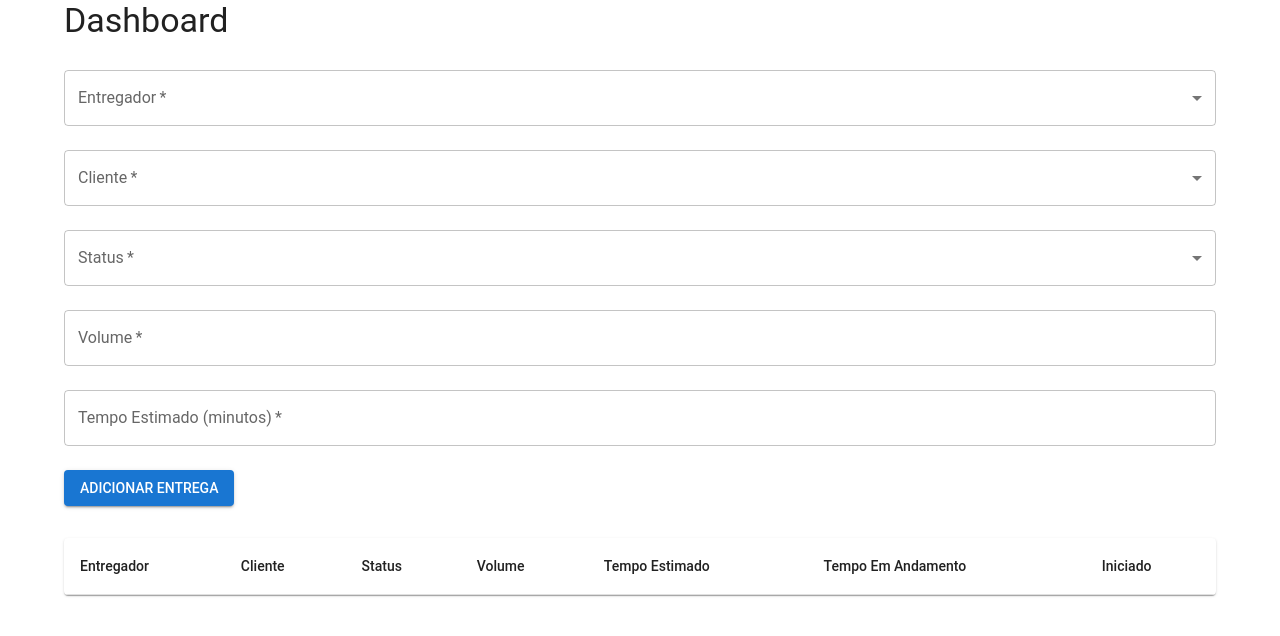
Repository: feliperanon/mobilegestao
Page: /dashboard (app in frontend/)
An editor plug-in stored every save of this project. The page is shown before and after the next save, followed by the edit.
The browser window is 1280 px wide. The pictures show the whole page.
The page's requests for data from a server got no answer. The project was rebuilt for these pictures with package versions that can differ from the ones it lists, and the page was loaded fresh each time. No one was signed in, and anything a server would have sent is missing. Also part of the build but not shown: frontend/webpack.config.js, frontend/src/pages/Home.js, frontend/src/components/Navigation.js, frontend/src/pages/History.js, frontend/src/pages/Analysis.js, frontend/src/components/Login.js, frontend/src/components/Register.js, frontend/src/components/AddEntregador.js and 2 more.

Above is the page before, as saved 2024-07-14 20:44:10.

### frontend/public/index.html
<!-- frontend/public/index.html -->

<!DOCTYPE html>
<html lang="en">
<head>
    <meta charset="UTF-8">
    <meta name="viewport" content="width=device-width, initial-scale=1.0">
    <title>Mobile Gestão</title>
</head>
<body>
    <div id="root"></div>
</body>
</html>

### frontend/src/index.js
// frontend/src/index.js

import React from 'react';
import ReactDOM from 'react-dom';
import { BrowserRouter as Router, Route, Switch } from 'react-router-dom';
import { ThemeProvider, createTheme } from '@mui/material/styles';
import CssBaseline from '@mui/material/CssBaseline';
import Home from './pages/Home';
import History from './pages/History';
import Analysis from './pages/Analysis';
import Dashboard from './components/Dashboard';
import Login from './components/Login';
import Register from './components/Register';
import AddEntregador from './components/AddEntregador';
import AddCliente from './components/AddCliente';
import AddStatus from './components/AddStatus';

const theme = createTheme({
  palette: {
    primary: {
      main: '#1976d2',
    },
    secondary: {
      main: '#dc004e',
    },
  },
  typography: {
    fontFamily: 'Roboto, Arial, sans-serif',
  },
});

ReactDOM.render(
  <ThemeProvider theme={theme}>
    <CssBaseline />
    <Router>
      <Switch>
        <Route path="/" exact component={Home} />
        <Route path="/login" component={Login} />
        <Route path="/register" component={Register} />
        <Route path="/dashboard" component={Dashboard} />
        <Route path="/history" component={History} />
        <Route path="/analysis" component={Analysis} />
        <Route path="/add-entregador" component={AddEntregador} />
        <Route path="/add-cliente" component={AddCliente} />
        <Route path="/add-status" component={AddStatus} />
      </Switch>
    </Router>
  </ThemeProvider>,
  document.getElementById('root')
);

### frontend/src/components/Dashboard.js
// frontend/src/components/Dashboard.js

import React, { useEffect, useState } from 'react';
import axios from 'axios';
import {
  Container,
  Typography,
  Box,
  TextField,
  Button,
  Table,
  TableBody,
  TableCell,
  TableContainer,
  TableHead,
  TableRow,
  Paper,
  MenuItem,
} from '@mui/material';

const Dashboard = () => {
  const [deliveries, setDeliveries] = useState([]);
  const [entregadores, setEntregadores] = useState([]);
  const [clientes, setClientes] = useState([]);
  const [statusList, setStatusList] = useState([]);
  const [entregador, setEntregador] = useState('');
  const [cliente, setCliente] = useState('');
  const [status, setStatus] = useState('');
  const [volume, setVolume] = useState('');
  const [tempoEstimado, setTempoEstimado] = useState('');

  useEffect(() => {
    const fetchData = async () => {
      const deliveriesRes = await axios.get('http://localhost:5008/api/deliveries');
      setDeliveries(deliveriesRes.data);

      const entregadoresRes = await axios.get('http://localhost:5008/api/lists/entregadores');
      setEntregadores(entregadoresRes.data);

      const clientesRes = await axios.get('http://localhost:5008/api/lists/clientes');
      setClientes(clientesRes.data);

      const statusRes = await axios.get('http://localhost:5008/api/lists/status');
      setStatusList(statusRes.data);
    };

    fetchData();

    const intervalId = setInterval(() => {
      setDeliveries((prevDeliveries) =>
        prevDeliveries.map((delivery) => {
          const tempoEmAndamento = Math.floor((Date.now() - new Date(delivery.iniciado)) / 60000);
          return { ...delivery, tempoEmAndamento };
        })
      );
    }, 60000);

    return () => clearInterval(intervalId);
  }, []);

  const handleSubmit = async (e) => {
    e.preventDefault();
    try {
      const res = await axios.post('http://localhost:5008/api/deliveries', {
        entregador,
        cliente,
        status,
        volume,
        tempoEstimado,
      });
      setDeliveries([res.data, ...deliveries]);
      setEntregador('');
      setCliente('');
      setStatus('');
      setVolume('');
      setTempoEstimado('');
    } catch (err) {
      console.error(err);
    }
  };

  return (
    <Container>
      <Typography variant="h4" component="h1" gutterBottom>
        Dashboard
      </Typography>
      <Box component="form" onSubmit={handleSubmit} sx={{ mb: 4 }}>
        <TextField
          select
          label="Entregador"
          value={entregador}
          onChange={(e) => setEntregador(e.target.value)}
          fullWidth
          required
          margin="normal"
        >
          {entregadores.map((ent) => (
            <MenuItem key={ent._id} value={ent.nome}>
              {ent.nome}
            </MenuItem>
          ))}
        </TextField>
        <TextField
          select
          label="Cliente"
          value={cliente}
          onChange={(e) => setCliente(e.target.value)}
          fullWidth
          required
          margin="normal"
        >
          {clientes.map((cli) => (
            <MenuItem key={cli._id} value={cli.nome}>
              {cli.nome}
            </MenuItem>
          ))}
        </TextField>
        <TextField
          select
          label="Status"
          value={status}
          onChange={(e) => setStatus(e.target.value)}
          fullWidth
          required
          margin="normal"
        >
          {statusList.map((stat) => (
            <MenuItem key={stat._id} value={stat.nome}>
              {stat.nome}
            </MenuItem>
          ))}
        </TextField>
        <TextField
          label="Volume"
          type="number"
          value={volume}
          onChange={(e) => setVolume(e.target.value)}
          fullWidth
          required
          margin="normal"
        />
        <TextField
          label="Tempo Estimado (minutos)"
          type="number"
          value={tempoEstimado}
          onChange={(e) => setTempoEstimado(e.target.value)}
          fullWidth
          required
          margin="normal"
        />
        <Button type="submit" variant="contained" color="primary" sx={{ mt: 2 }}>
          Adicionar Entrega
        </Button>
      </Box>
      <TableContainer component={Paper}>
        <Table>
          <TableHead>
            <TableRow>
              <TableCell>Entregador</TableCell>
              <TableCell>Cliente</TableCell>
              <TableCell>Status</TableCell>
              <TableCell>Volume</TableCell>
              <TableCell>Tempo Estimado</TableCell>
              <TableCell>Tempo Em Andamento</TableCell>
              <TableCell>Iniciado</TableCell>
            </TableRow>
          </TableHead>
          <TableBody>
            {deliveries.map((delivery) => (
              <TableRow key={delivery._id}>
                <TableCell>{delivery.entregador}</TableCell>
                <TableCell>{delivery.cliente}</TableCell>
                <TableCell>{delivery.status}</TableCell>
                <TableCell>{delivery.volume}</TableCell>
                <TableCell>{delivery.tempoEstimado}</TableCell>
                <TableCell>{delivery.tempoEmAndamento}</TableCell>
                <TableCell>{new Date(delivery.iniciado).toLocaleString()}</TableCell>
              </TableRow>
            ))}
          </TableBody>
        </Table>
      </TableContainer>
    </Container>
  );
};

export default Dashboard;

After the next save:
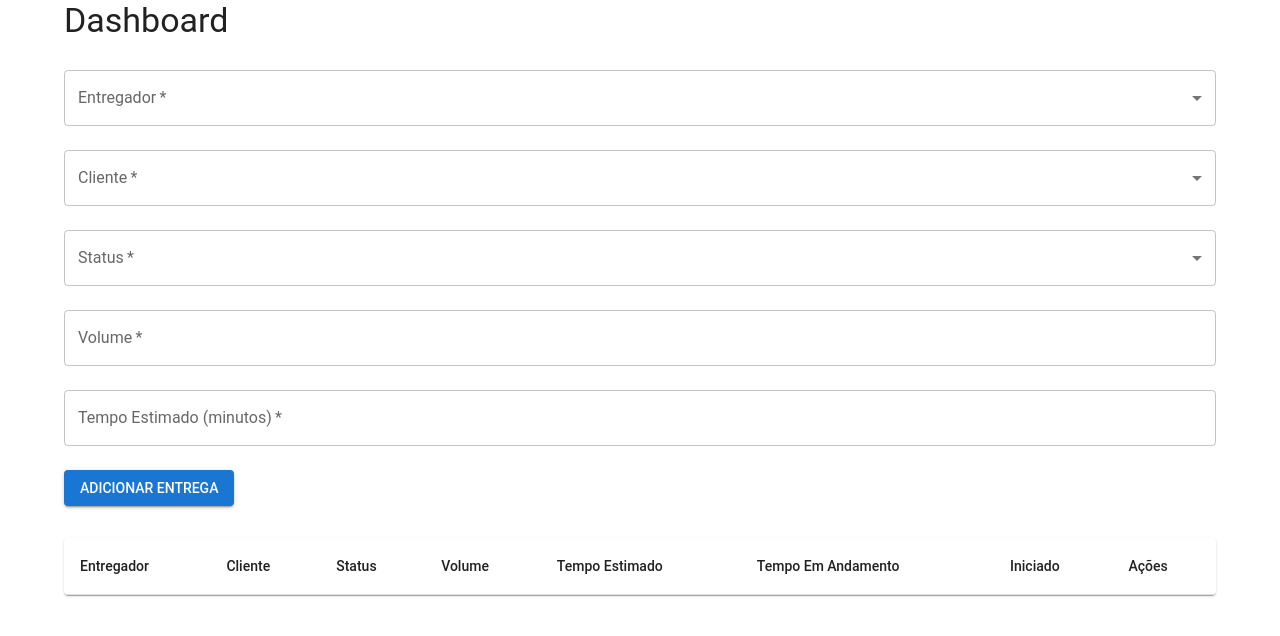
Saved 6 min 46 s later.
--- a/frontend/src/components/Dashboard.js
+++ b/frontend/src/components/Dashboard.js
@@ -1,5 +1,3 @@
-// frontend/src/components/Dashboard.js
-
 import React, { useEffect, useState } from 'react';
 import axios from 'axios';
 import {
@@ -16,7 +14,16 @@ import {
   TableRow,
   Paper,
   MenuItem,
+  IconButton,
+  Dialog,
+  DialogActions,
+  DialogContent,
+  DialogContentText,
+  DialogTitle
 } from '@mui/material';
+import EditIcon from '@mui/icons-material/Edit';
+import DeleteIcon from '@mui/icons-material/Delete';
+import DoneIcon from '@mui/icons-material/Done';
 
 const Dashboard = () => {
   const [deliveries, setDeliveries] = useState([]);
@@ -28,6 +35,9 @@ const Dashboard = () => {
   const [status, setStatus] = useState('');
   const [volume, setVolume] = useState('');
   const [tempoEstimado, setTempoEstimado] = useState('');
+  const [editDialogOpen, setEditDialogOpen] = useState(false);
+  const [editDeliveryId, setEditDeliveryId] = useState(null);
+  const [editEntregador, setEditEntregador] = useState('');
 
   useEffect(() => {
     const fetchData = async () => {
@@ -77,6 +87,54 @@ const Dashboard = () => {
     } catch (err) {
       console.error(err);
     }
+  };
+
+  const handleEditSubmit = async (e) => {
+    e.preventDefault();
+    try {
+      await axios.patch(`http://localhost:5008/api/deliveries/${editDeliveryId}`, { entregador: editEntregador });
+      const updatedDeliveries = deliveries.map((delivery) =>
+        delivery._id === editDeliveryId ? { ...delivery, entregador: editEntregador } : delivery
+      );
+      setDeliveries(updatedDeliveries);
+      setEditDialogOpen(false);
+      setEditDeliveryId(null);
+      setEditEntregador('');
+    } catch (err) {
+      console.error(err);
+    }
+  };
+
+  const handleFinalize = async (id) => {
+    try {
+      await axios.patch(`http://localhost:5008/api/deliveries/${id}/finalize`);
+      const updatedDeliveries = deliveries.filter((delivery) => delivery._id !== id);
+      setDeliveries(updatedDeliveries);
+    } catch (err) {
+      console.error(err);
+    }
+  };
+
+  const handleDelete = async (id) => {
+    try {
+      await axios.delete(`http://localhost:5008/api/deliveries/${id}`);
+      const updatedDeliveries = deliveries.filter((delivery) => delivery._id !== id);
+      setDeliveries(updatedDeliveries);
+    } catch (err) {
+      console.error(err);
+    }
+  };
+
+  const openEditDialog = (id, currentEntregador) => {
+    setEditDeliveryId(id);
+    setEditEntregador(currentEntregador);
+    setEditDialogOpen(true);
+  };
+
+  const closeEditDialog = () => {
+    setEditDialogOpen(false);
+    setEditDeliveryId(null);
+    setEditEntregador('');
   };
 
   return (
@@ -163,6 +221,7 @@ const Dashboard = () => {
               <TableCell>Tempo Estimado</TableCell>
               <TableCell>Tempo Em Andamento</TableCell>
               <TableCell>Iniciado</TableCell>
+              <TableCell>Ações</TableCell>
             </TableRow>
           </TableHead>
           <TableBody>
@@ -175,11 +234,48 @@ const Dashboard = () => {
                 <TableCell>{delivery.tempoEstimado}</TableCell>
                 <TableCell>{delivery.tempoEmAndamento}</TableCell>
                 <TableCell>{new Date(delivery.iniciado).toLocaleString()}</TableCell>
+                <TableCell>
+                  <IconButton onClick={() => openEditDialog(delivery._id, delivery.entregador)}>
+                    <EditIcon />
+                  </IconButton>
+                  <IconButton onClick={() => handleFinalize(delivery._id)}>
+                    <DoneIcon />
+                  </IconButton>
+                  <IconButton onClick={() => handleDelete(delivery._id)}>
+                    <DeleteIcon />
+                  </IconButton>
+                </TableCell>
               </TableRow>
             ))}
           </TableBody>
         </Table>
       </TableContainer>
+
+      <Dialog open={editDialogOpen} onClose={closeEditDialog}>
+        <DialogTitle>Editar Entregador</DialogTitle>
+        <DialogContent>
+          <DialogContentText>Selecione um novo entregador para a entrega.</DialogContentText>
+          <TextField
+            select
+            label="Entregador"
+            value={editEntregador}
+            onChange={(e) => setEditEntregador(e.target.value)}
+            fullWidth
+            required
+            margin="normal"
+          >
+            {entregadores.map((ent) => (
+              <MenuItem key={ent._id} value={ent.nome}>
+                {ent.nome}
+              </MenuItem>
+            ))}
+          </TextField>
+        </DialogContent>
+        <DialogActions>
+          <Button onClick={closeEditDialog}>Cancelar</Button>
+          <Button onClick={handleEditSubmit} color="primary">Salvar</Button>
+        </DialogActions>
+      </Dialog>
     </Container>
   );
 };
